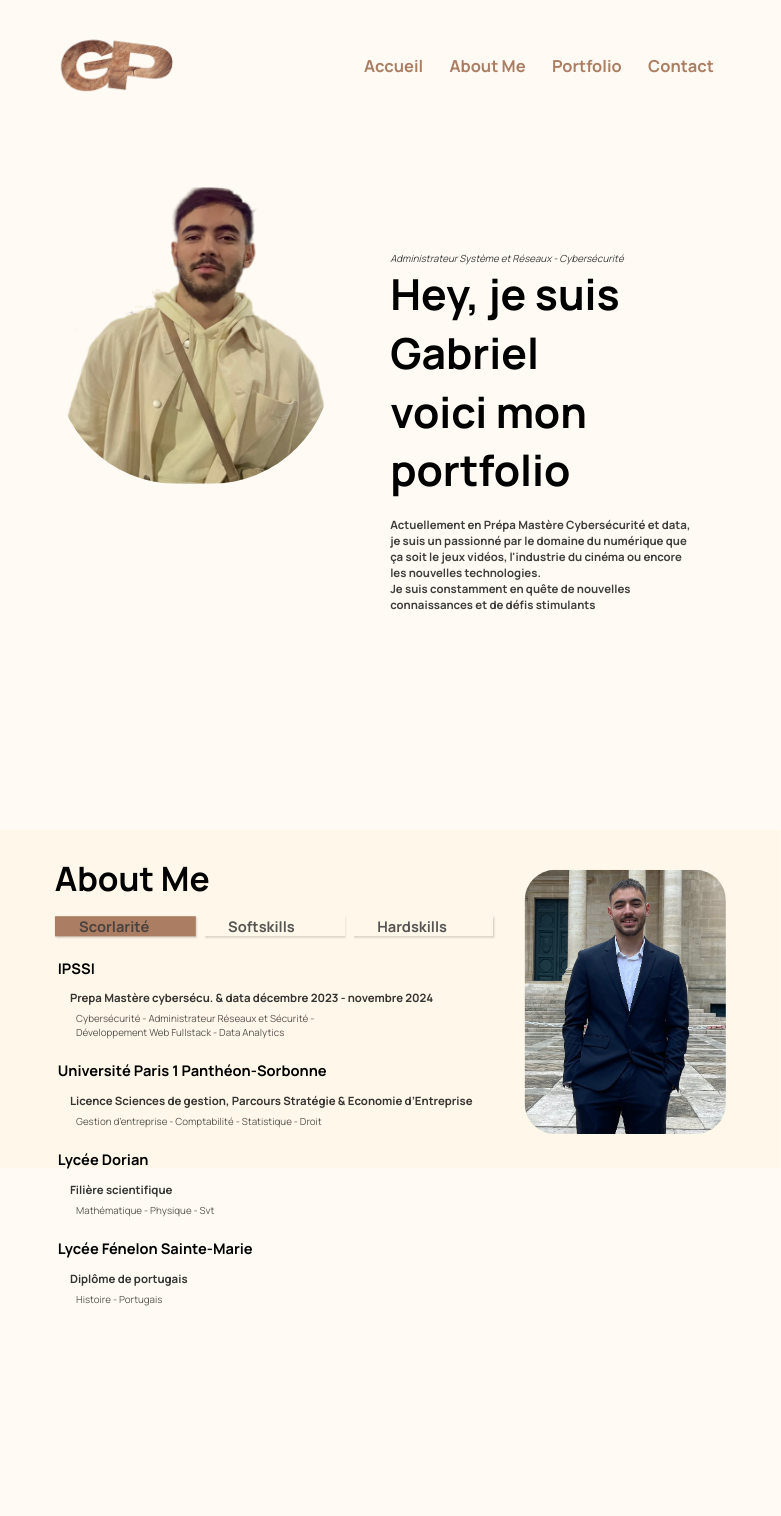
Repository: Gabtorinho25/Portfolio-Web-Site
Page: index.html
The author's editor kept a copy of each file at every save. The page is drawn from the files as they stood at one save, then again after the next save.
The browser window is 1280 px wide. The pictures show the whole page, at 61% of full size.

Above is the page before, as saved 2024-04-15 16:27:53.

### index.html
<!DOCTYPE html>
<html lang="fr">
  <head>
    <meta charset="UTF-8" />
    <meta name="viewport" content="width=device-width, initial-scale=1.0" />
    <title>Portfolio de Gabriel Dos Santos</title>
    <link rel="stylesheet" href="style.css" />
    <link rel="preconnect" href="https://fonts.googleapis.com" />
    <link rel="preconnect" href="https://fonts.gstatic.com" crossorigin />
    <link
      href="https://fonts.googleapis.com/css2?family=Manrope:wght@200..800&display=swap"
      rel="stylesheet"
    />
  </head>
  <body>
    <header>
      <div class="container relative" id="header">
        <nav>
          <img class="logo" src="/Image/Logo.png" alt="logo" />
          <ul>
            <li><a href="">Accueil</a></li>
            <li><a href="">About Me</a></li>
            <li><a href="">Portfolio</a></li>
            <li><a href="">Contact</a></li>
          </ul>
        </nav>
        <div class="PhotodeMoi">
          <img
            class="pictureofme"
            src="Image/profil-transformed.png"
            alt="Me"
          />
        </div>
        <div class="TextePresentation">
          <p class="italic">
            Administrateur Système et Réseaux - Cybersécurité
          </p>
          <h1 id="accroche">
            Hey, je suis <span class="marron hover-3" a href="https://www.linkedin.com/in/gabriel-dos-santos-59363b224/" >Gabriel</span> <br> voici mon
            portfolio
          </h1>
          <h3>Actuellement en Prépa Mastère Cybersécurité et data, je suis un passionné par le domaine du numérique que ça soit le jeux vidéos, l'industrie du cinéma ou encore les nouvelles technologies.
            <br>Je suis constamment en quête de nouvelles connaissances et de défis stimulants </h3>
        </div>
      </div>
    </header>
    <main>
      <!-- AboutMe -->
      <section id="AboutMe">
        <div class="container"></div>
        <div class="row">
          <div class="colonne1">
            <h1 class="AboutMeTitre">About Me</h1>
            <div id="scolarité" class="onglet displayed" data-anim="1">
              <h2>Scorlarité</h2>
            </div>
            <div id="softskills" data-anim="2" class="onglet">
              <h2>Softskills</h2>
            </div>
            <div id="hardskills" class="onglet" data-anim="3">
              <h2>Hardskills</h2>
            </div>

            <div class="contenu displayedContenu" data-anim="1">
              <h2>IPSSI</h2>
              <h3> Prepa Mastère cybersécu. & data décembre 2023 - novembre 2024</h3>
              <p>
                Cybersécurité - Administrateur Réseaux et Sécurité - Développement Web Fullstack - Data Analytics
              </p>

              <h2>Université Paris 1 Panthéon-Sorbonne</h2>
              <h3> Licence Sciences de gestion, Parcours Stratégie & Economie d’Entreprise</h3>
              <p>
                Gestion d’entreprise - Comptabilité - Statistique - Droit
              </p>

              <h2>Lycée Dorian</h2>
              <h3>Filière scientifique</h3>
              <p>
                Mathématique - Physique - Svt
              </p>

              <h2>Lycée Fénelon Sainte-Marie</h2>
              <h3>Diplôme de portugais</h3>
              <p>
                Histoire - Portugais
              </p>
            </div>

            <div class="contenu" data-anim="2">
              <h2> - Discipline</h2>
              <h2> - Rigeur</h2>
              <h2> - Travail d'équipe</h2>
              <h2> - Motiver</h2>
              <h2> - Curieux</h2>
              <h2> - Résilient</h2>


            </div>

            <div class="contenu flex"  data-anim="3">
              <div class =" secu flex">
              <h2>Sécurité, réseau et télécom 🔒🌐</h2>
              <p> Wireshark </p>
              <p> Cryptographie - Fondamentaux</p>
              <p>  Reverse engineering</p>
              <p>  OWASP</p>
              <p>  reverse engineering</p>
              <p> Cisco </p>
              <p> AWS - Architecture Cloud Computing</p>
              <p> AZURE – Déploiement de service Cloud</p>
              <p> Conteneurisation LXC et Docker</p>
              <p> Windows Server</p>
              <p> Virtualisation</p>
              <p> Virtualisation en cluster avec PROXMOX</p>
              <p> Linux</p>
            </div>
              <div class=" secu flex" data-anim="3">
              <h2>Dev Fullstack 🐍💻 </h2>
              <p> HTML/CSS  </p>
              <p>JavaScript</p>
              <p> Python </p>
              <p> PHP</p>
              <p> SQL</p>
              <p> Node.js</p>
              </div>
            </div>


          </div>
          <div class="colonne2">
            <img id="AboutMePicture" src="Image/AboutMe.jpg" alt="AboutMe" />
          </div>
        </div>
      </section>
      <!-- Fin about me -->
       <!-- Portfolio -->
       <section id="Portfolio">

        </section>
    </main>
    <footer></footer>
    <script src="js\script.js"></script>
  </body>
</html>

### style.css
* {
  margin: 0;
  padding: 0;
  font-family: "Manrope", sans-serif;
  box-sizing: border-box;
}

body {
  background-color: #fffbf4;
  color: white;
}




header {
  width: 100%;

}


.logo {
  width: 200px;
}

.profil {
  border-radius:70%;
  width: 25%;
}
.container{
    padding: 7px 7%;
}

nav {

    display: flex;
    align-items: center;
    justify-content: space-between;
    flex-wrap: wrap;

}

nav ul li{
    display: inline-block;
    list-style: none;
    margin: 10px 20px;
    align-items: center;
    justify-content: space-between;
    flex-wrap: wrap;
}

nav ul li a{
    list-style-type: none;
    color:#AB7D63;
    font-family: "Manrope", sans-serif;
    font-optical-sizing: auto;
    font-size: 27px;
    font-weight:700;
    text-decoration:none;
}

a:hover{
  text-decoration: underline;
}

.flotte{
  float: left;
}

.TextePresentation p{
  color: #3f3f3f;
}

h1{
  color: black;
}

.italic{font-style: italic;}

#ParaphMe{
  width: 600px;
}
.relative{
  position: relative;

}
.pictureofme{

    width: 100%;
    z-index: -1;
     border-radius: 200px;
     top: 80px;
    right: 3%;

}
.PhotodeMoi{
  padding-top: 100px;
    width: 455px;
    height: 455px;
}

.TextePresentation{
  padding-top: 100px;
position: relative;
bottom: 350px;
width: 100%;
color: aqua;
padding-left:550px;
}

.marron{
  color: #AB7D63;
}

#accroche{
  font-size: 70px;
  color: #000000;
}

.Présentation{
  display: inline-block;
}


 /* STYLE POUR HOVER */
 .hover-3 {
  --b: 0.1em;
  --c:#AB7D63;

  color: #0000;
  padding-block: var(--b);
  background:
    linear-gradient(var(--c) 50%,#000 0) 0% calc(100% - var(--_p,0%))/100% 200%,
    linear-gradient(var(--c) 0 0) 0% var(--_p,0%)/var(--_p,0%) var(--b) no-repeat;
  -webkit-background-clip: text,padding-box;
          background-clip: text,padding-box;
  transition: .3s var(--_s,0s) linear,background-size .3s calc(.3s - var(--_s,0s));
}
.hover-3:hover {
  --_p: 100%;
  --_s: .3s;
}

.TextePresentation h3{
  padding-top: 30px;
  display: flex;
  text-align: left;
  width: 90%;
  color: #000000c0;
}

/* ABOUT ME */

#AboutMe{
  background-color:  #fff8ea;
  padding: 4% 7%;
  height: 33%;
}

.row{
  display: flex;  /* pour que les divs enfants à l'intérieur soit disposé en ligne quand elles ont assez de place */
  justify-content: space-between; /* pour qu'il est un espace entre les deux divs enfants*/
  flex-wrap: wrap;

}

#AboutMePicture{
  width: 100%;
  border-radius: 50px;
}

.colonne1 {
  width: 70%;

}
.colonne2{
width: 30%;
}

.AboutMeTitre{
  text-align: left;
  font-size: 55px;
  position: relative;
  bottom: 25px;
}

h2 {
  color:#383837d8;
  padding-left: 40px;
}
#softskills,#hardskills,#scolarité {
  display: inline-flex;
  justify-content: left;
  width: 30%;
  margin-right: 10px;

}



.onglet{
  cursor: pointer;
  box-shadow: rgba(0, 0, 0, 0.15) 1.95px 1.95px 2.6px;
}

.contenu{
  position: absolute;
  opacity: 0;
}


.contenu p{
  width: 60%;
  text-align: left;
  justify-content: center;
  padding: 5px 0px 0px  35px  ;
  color: #000000a7;
}

.contenu h2 {
  color: #000000;
  padding: 35px 0px 15px  5px  ;

}

.contenu h3 {
  padding: 5px 0px 5px  25px  ;
  color: #000000ca;
}

.secu {
  margin-right: 10%;

}
.flex{

  width: 35%;
  display: flex;
  align-items: flex-start;

  flex-wrap: wrap;
}

/* Apparition du contenu */

.displayed{
  background-color:#AB7D63
}

.displayedContenu
{
  flex-direction: row;
  width: 60%;
animation: fade 1s forwards;
}

@keyframes fade {

  from {
    opacity: 0;
  }
  to{
    opacity: 1;
  }
}

/* Porfolio */

#Porfolio{
  background-color: #fffbf4;
  padding: 4% 7%;
  height: 33%;
}

### js/script.js
// Animation AboutMe //

// On sélectionne tous les onglets
const onglets = document.querySelectorAll(".onglet");
// On sélectionne tous les contenus
const contenu = document.querySelectorAll(".contenu");

let index = 0;

//On fait une boucle où on parcour tous les éléments du tableau onglets
//chaque élément prenne la variable 'onglet'
onglets.forEach((onglet) => {
    //a chaque fois qu'on clique on vérifie sur l'onglet où l'on a cliqué possède la class "displayed". Si l'onglet le possède on sort de la boucle et s'il ne le possède pas on ajoute la class "displayed"
  onglet.addEventListener("click", () => {
    if (onglet.classList.contains("displayed")) {
      return;
    } else {
      onglet.classList.add("displayed");
    }
    //Ici on donne à la variable index la valeur de l'élément "data-anim" de la variable onglet
    index = onglet.getAttribute("data-anim");
    console.log(index);

    //Ici on fait une boucle qui s'arrête lorsqu'on dépasse le nombre d'élément dans le tableau 'onglets'. Cette boucle va permettre de parcourir tous les 'onglet' et de prendre la valeur de l'élément "data-anim". Si la valeur est diférente de celle de l'index alors on enlève la class 'displayed'. Ceci va permettre d'afficher en couleur uniquement l'onglet sélectionné
    for (i = 0; i < onglets.length; i++) {
      if (onglets[i].getAttribute("data-anim") != index) {
        onglets[i].classList.remove("displayed");
      }
    }
    //Même raisonnement avec le contenu
    for (j = 0; j < contenu.length; j++) {
      if (contenu[j].getAttribute("data-anim") == index) {
        contenu[j].classList.add("displayedContenu");
      } else {
        contenu[j].classList.remove("displayedContenu");
      }
    }
  });
});

After the next save:
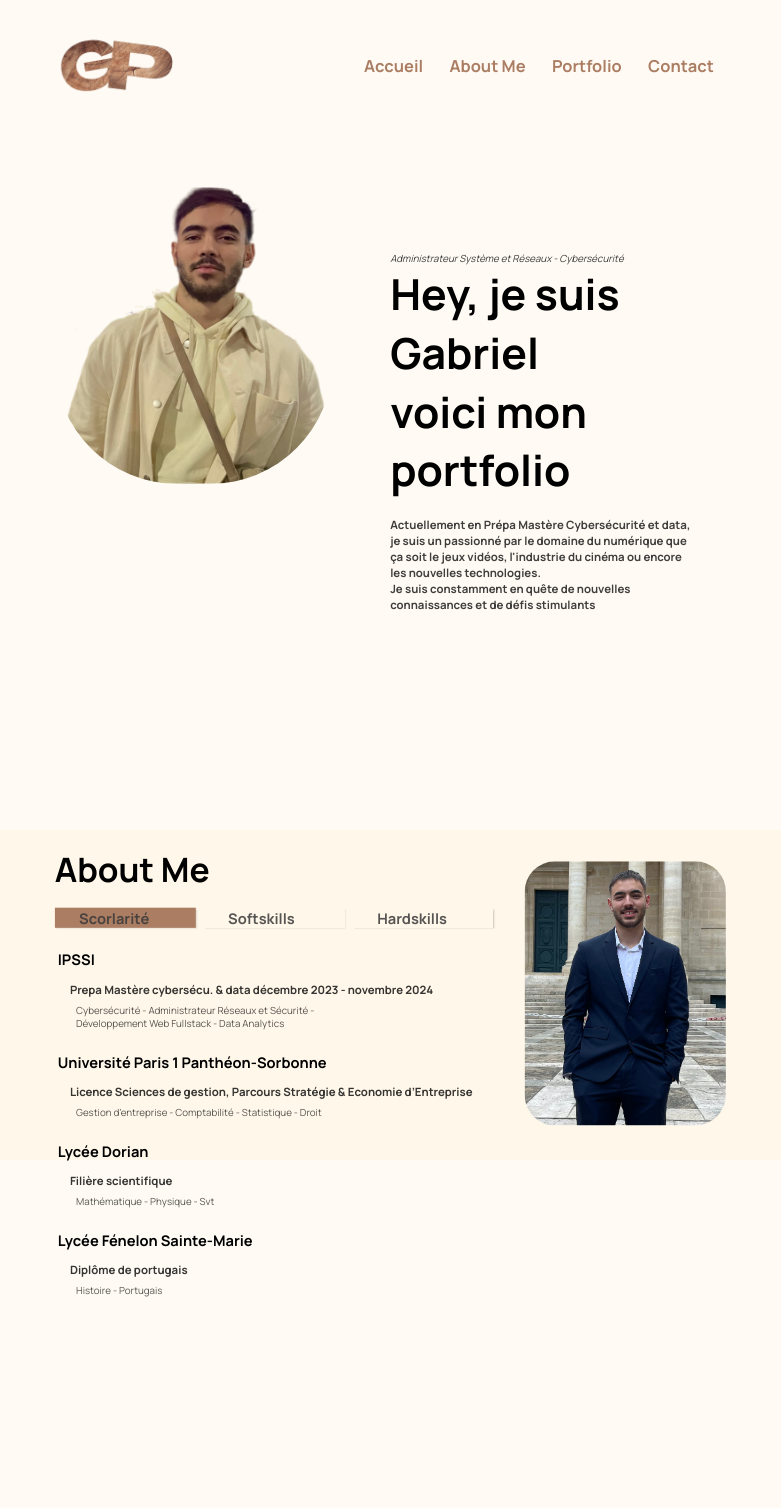
Saved 20 s later.
--- a/index.html
+++ b/index.html
@@ -47,7 +47,7 @@
     <main>
       <!-- AboutMe -->
       <section id="AboutMe">
-        <div class="container"></div>
+
         <div class="row">
           <div class="colonne1">
             <h1 class="AboutMeTitre">About Me</h1>
